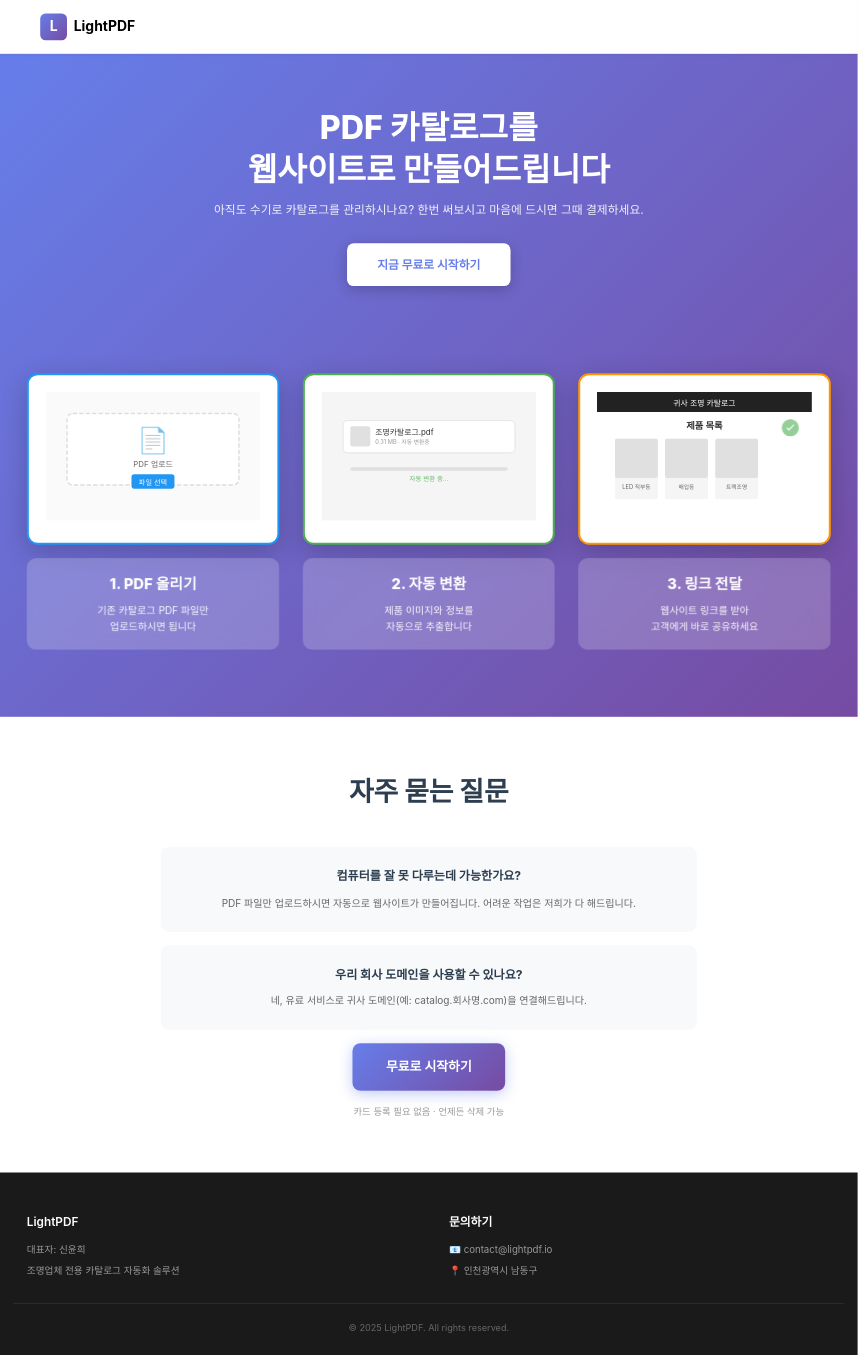
Repository: ororso11/catamaster
Page: frontend/public/index.html
These files come from the project's save history. The page is drawn as it stood at one moment and after the next save; the edit follows.
The browser window is 1280 px wide. The pictures show the whole page, at 67% of full size.

Above is the page before, as saved 2025-10-05 19:54:42.

After the next save:
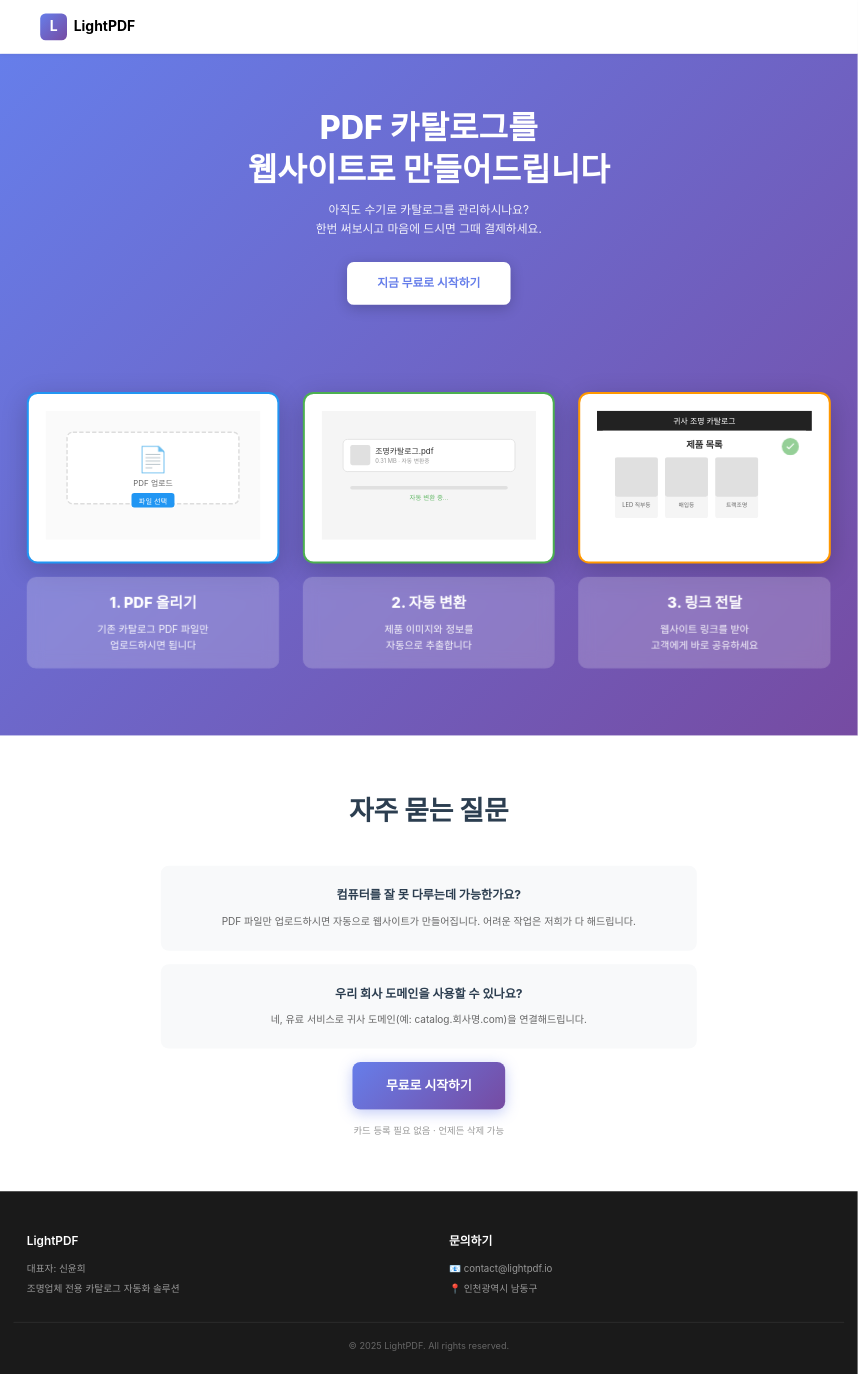
Saved 6 s later.
--- a/frontend/public/index.html
+++ b/frontend/public/index.html
@@ -20,7 +20,7 @@
         <div class="hero-content">
             <h1>PDF 카탈로그를<br>웹사이트로 만들어드립니다</h1>
             <!-- <p class="subtitle">조명업체를 위한 가장 쉬운 디지털 전환</p> -->
-            <p class="hero-desc">아직도 수기로 카탈로그를 관리하시나요? 한번 써보시고 마음에 드시면 그때 결제하세요.</p>
+            <p class="hero-desc">아직도 수기로 카탈로그를 관리하시나요? </br> 한번 써보시고 마음에 드시면 그때 결제하세요.</p>
             <a href="dashboard.html" class="cta-button">지금 무료로 시작하기</a>
 
             <div class="process-container">
